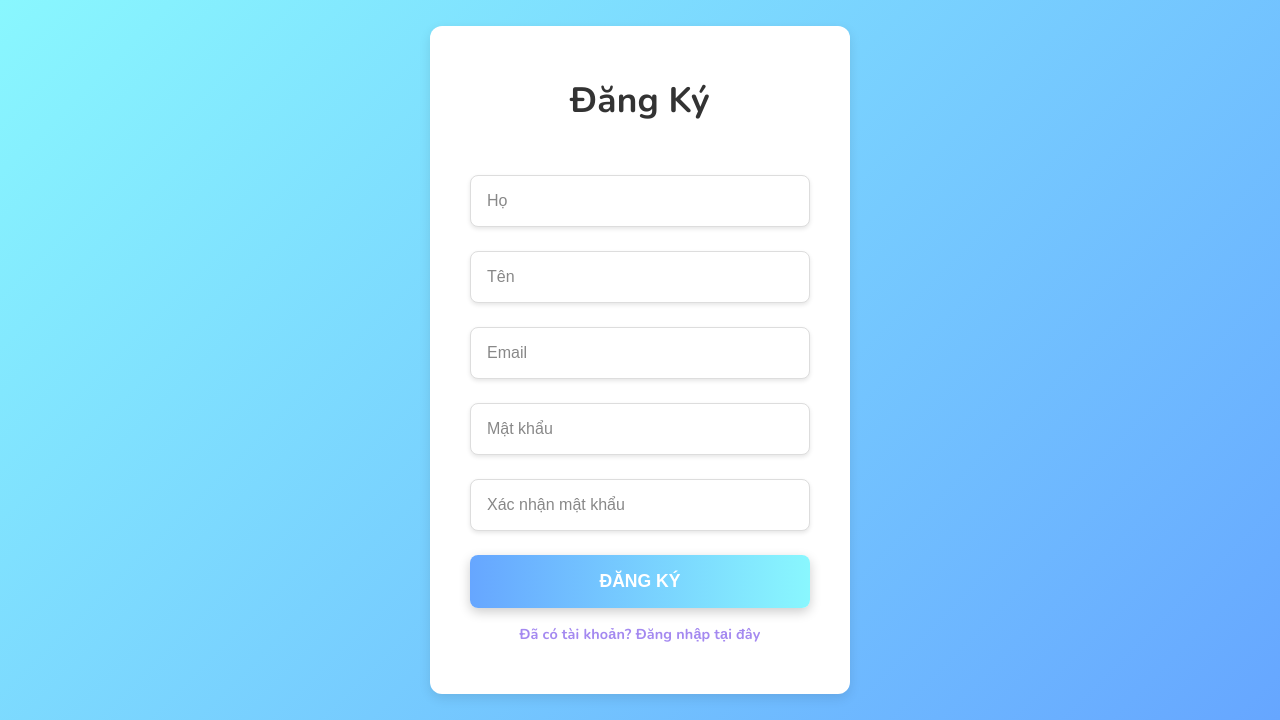
Repository: minhquang203/Homestay
Page: /register (app in client/)
An editor plug-in stored every save of this project. The page is shown before and after the next save, followed by the edit.
The browser window is 1280 px wide. The pictures show the whole page.
The project was rebuilt for these pictures with package versions that can differ from the ones it lists, and the page was loaded fresh each time. Also part of the build but not shown: client/src/styles/Footer.scss, client/src/components/Footer.jsx, client/src/styles/ListingCard.scss, client/src/components/ListingCard.jsx, client/src/styles/Loader.scss, client/src/components/Loader.jsx, client/src/styles/Navbar.scss, client/src/styles/variable.scss and 28 more.

Above is the page before, as saved 2025-04-03 23:06:42.

### client/public/index.html
<!DOCTYPE html>
<html lang="en">
  <head>
    <meta charset="utf-8" />
    <link rel="icon" href="%PUBLIC_URL%/favicon.ico" />
    <meta name="viewport" content="width=device-width, initial-scale=1" />
    <meta name="theme-color" content="#000000" />
    <meta
      name="description"
      content="Web site created using create-react-app"
    />
    <link rel="apple-touch-icon" href="%PUBLIC_URL%/logo192.png" />
    <link rel="manifest" href="%PUBLIC_URL%/manifest.json" />
    <link rel="preconnect" href="https://fonts.googleapis.com">
    <link rel="preconnect" href="https://fonts.gstatic.com" crossorigin>
    <link href="https://fonts.googleapis.com/css2?family=Nunito:ital,wght@0,200..1000;1,200..1000&display=swap" rel="stylesheet">
    <title>HomeStayMove</title>
  </head>
  <body>
    <div id="root"></div>

  </body>
</html>

### client/src/index.js
import { CssBaseline, ThemeProvider, createTheme } from "@mui/material"; // Thêm vào đây
import React from "react";
import ReactDOM from "react-dom/client";
import { Provider } from "react-redux";
import { PersistGate } from "redux-persist/integration/react";
import App from "./App";
import { persistor, store } from "./Redux/store";

// Tạo theme tùy chỉnh nếu cần thiết
const theme = createTheme({
  palette: {
    primary: {
      main: "#1976d2", // Màu chủ đạo
    },
    secondary: {
      main: "#dc004e", // Màu phụ
    },
  },
});

const root = ReactDOM.createRoot(document.getElementById("root"));
root.render(
  <React.StrictMode>
    <Provider store={store}>
      <PersistGate loading={null} persistor={persistor}>
        <ThemeProvider theme={theme}>
          <CssBaseline />
          <App />
        </ThemeProvider>
      </PersistGate>
    </Provider>
  </React.StrictMode>
);

### client/src/App.js
import { BrowserRouter, Route, Routes } from "react-router-dom";
import './App.css';
import CategoryPage from "./pages/CategoryPage";
import CreateListing from "./pages/CreateListing";
import HomePage from "./pages/HomePage";
import ListingDetails from "./pages/ListingDetails";
import LoginPage from "./pages/LoginPage";
import PaymentPage from "./pages/PaymentPage";
import Profile from "./pages/Profile";
import PropertyList from "./pages/PropertyList";
import RegisterPage from "./pages/RegisterPage";
import ReservationList from "./pages/ReservationList";
import SearchPage from "./pages/SearchPage";
import TripList from "./pages/TripsList";
import AboutUs from "./pages/Useful Links/AboutUs";
import TermsAndConditions from "./pages/Useful Links/TermsAndConditions";
import WishList from "./pages/WishList";

function App() {
  return (
    <div>
    <BrowserRouter>
      <Routes>
         <Route path="/" element={<HomePage/>}></Route>
         <Route path="/register" element={<RegisterPage/>}></Route>
         <Route path="/login" element={<LoginPage/>}></Route>
         <Route path="/profile" element={<Profile/>}></Route>
         <Route path="/create-listing" element={<CreateListing/>}></Route>
         <Route path="/properties/:listingId" element={<ListingDetails/>}></Route>
         <Route path="/properties/category/:category" element={<CategoryPage />} />
         <Route path="/properties/search/:search" element={<SearchPage />} />
         <Route path="/:userId/trips" element={<TripList />} />
         <Route path="/:userId/wishList" element={<WishList />} />
         <Route path="/:userId/properties" element={<PropertyList />} />
         <Route path="/:userId/reservations" element={<ReservationList />} />
         <Route path="/reservations" element={<ReservationList />} />
         <Route path="/about-us" element={<AboutUs />} />
         <Route path="/terms-and-conditions" element={<TermsAndConditions />} />
         <Route path="/payment" element={<PaymentPage />} />
      </Routes>
    </BrowserRouter>
    </div>
  );
}

export default App;

### client/src/Redux/store.js
// store.js
import { configureStore } from "@reduxjs/toolkit";
import {
  persistStore,
  persistReducer,
  FLUSH,
  REHYDRATE,
  PAUSE,
  PERSIST,
  PURGE,
  REGISTER,
} from "redux-persist";
import storage from "redux-persist/lib/storage";
import userReducer from "./state"; // Đảm bảo đúng đường dẫn đến state.js

// Cấu hình Redux Persist
const persistConfig = {
  key: "root", // Tên của key trong localStorage
  version: 1, // Phiên bản của state để khi có thay đổi sẽ cập nhật lại
  storage, // Chọn phương thức lưu trữ, có thể là localStorage hoặc sessionStorage
};

// Tạo persisted reducer từ userReducer
const persistedReducer = persistReducer(persistConfig, userReducer);

// Tạo store với persistedReducer
export const store = configureStore({
  reducer: persistedReducer, // Dùng persisted reducer để lưu trữ trạng thái người dùng
  middleware: (getDefaultMiddleware) =>
    getDefaultMiddleware({
      serializableCheck: {
        ignoredActions: [FLUSH, REHYDRATE, PAUSE, PERSIST, PURGE, REGISTER], // Bỏ qua các action không thể serialize
      },
    }),
});

// Khởi tạo persistor từ store
export const persistor = persistStore(store);

### client/src/App.css
* {
  margin: 0;
  padding: 0;
  box-sizing: border-box;
  font-family: 'Nunito'sans-serif;
}

### client/src/pages/RegisterPage.jsx
import React, { useEffect, useState } from "react";
import { useNavigate } from "react-router-dom";
import "../styles/Register.scss";

const RegisterPage = () => {
  const [formData, setFormData] = useState({
    firstName: "",
    lastName: "",
    email: "",
    password: "",
    confirmPassword: "",
  });

  const [passwordMatch, setPasswordMatch] = useState(true);
  const [errorMessage, setErrorMessage] = useState("");
  const [successMessage, setSuccessMessage] = useState(""); // Thông báo thành công
  const navigate = useNavigate();

  useEffect(() => {
    // Kiểm tra mật khẩu khớp
    setPasswordMatch(
      formData.password === formData.confirmPassword || formData.confirmPassword === ""
    );
  }, [formData.password, formData.confirmPassword]);

  const handleChange = (e) => {
    const { name, value } = e.target;
    setFormData({ ...formData, [name]: value });
  };

  // Đăng ký thông thường
  const handleSubmit = async (e) => {
    e.preventDefault();

    if (!passwordMatch) {
      setErrorMessage("Mật khẩu không khớp.");
      setSuccessMessage("");
      return;
    }

    try {
      const response = await fetch("http://localhost:3002/auth/register", {
        method: "POST",
        headers: {
          "Content-Type": "application/json",
        },
        body: JSON.stringify(formData),
      });

      const result = await response.json();

      if (response.ok) {
        setSuccessMessage(result.message || "Đăng ký thành công!");
        setErrorMessage("");
        navigate("/login");
      } else {
        setErrorMessage(result.message || "Đăng ký không thành công.");
        setSuccessMessage("");
      }
    } catch (error) {
      console.error("Lỗi trong quá trình đăng ký:", error);
      setErrorMessage("Có lỗi xảy ra trong quá trình đăng ký.");
      setSuccessMessage("");
    }
  };


  return (
    <div className="register">
      <div className="register__content">
        <form className="register__content__form" onSubmit={handleSubmit}>
          <h2>Đăng Ký</h2>
          <input
            placeholder="Họ"
            name="firstName"
            value={formData.firstName}
            onChange={handleChange}
            required
          />
          <input
            placeholder="Tên"
            name="lastName"
            value={formData.lastName}
            onChange={handleChange}
            required
          />
          <input
            placeholder="Email"
            name="email"
            type="email"
            value={formData.email}
            onChange={handleChange}
            required
          />
          <input
            placeholder="Mật khẩu"
            name="password"
            type="password"
            value={formData.password}
            onChange={handleChange}
            required
          />
          <input
            placeholder="Xác nhận mật khẩu"
            name="confirmPassword"
            type="password"
            value={formData.confirmPassword}
            onChange={handleChange}
            required
          />
          {!passwordMatch && <p style={{ color: "red" }}>Mật khẩu không khớp.</p>}
          {errorMessage && <p style={{ color: "red" }}>{errorMessage}</p>}
          {successMessage && <p style={{ color: "green" }}>{successMessage}</p>}

          <button type="submit" disabled={!passwordMatch}>
            ĐĂNG KÝ
          </button>
        </form>
        <a href="/login">Đã có tài khoản? Đăng nhập tại đây</a>
      </div>
    </div>
  );
};

export default RegisterPage;

### client/src/Redux/state.js
import { createSlice } from "@reduxjs/toolkit";

const initialState = {
  user: null, // Thông tin người dùng
  token: null, // Token đăng nhập
  payment : null,
};

export const userSlice = createSlice({
  name: "user",
  initialState,
  reducers: {
    // Đăng nhập thành công, lưu thông tin người dùng và token
    setLogin: (state, action) => {
      state.user = action.payload.user;
      state.token = action.payload.token;
    },
    // Đăng xuất, xóa thông tin người dùng và token
    setLogout: (state) => {
      state.user = null;
      state.token = null;
    },
    // Cập nhật thông tin người dùng
    setUserDetails: (state, action) => {
      if (state.user) {
        state.user = { ...state.user, ...action.payload };
      }
    },
    // Cập nhật danh sách properties
    setListings: (state, action) => {
      state.listings = action.payload.listings;
    },
    setTripList: (state, action) => {
      state.user.tripList = action.payload;
    },
    setWishList: (state, action) => {
      state.user.wishList = action.payload;
    },
    setPropertyList: (state, action) => {
      state.user.propertyList = action.payload;
    },
    setReservationList: (state, action) => {
      state.user.reservationList = action.payload;
    },
    setPayment: (state, action) => {
      state.payment = action.payload;
    },
    clearPayment: (state) => {
      state.payment = null;
    },
  },
});

// Export các action để sử dụng
export const {
  setLogin,
  setLogout,
  setUserDetails,
  setListings,
  setTripList,
  setWishList,
  setPropertyList,
  setReservationList,
  setPayment,
  clearPayment,
} = userSlice.actions;

// Export reducer để thêm vào store
export default userSlice.reducer;

### client/src/styles/Register.scss
@import "../styles/variable.scss";

.register {
  display: flex;
  justify-content: center;
  align-items: center;
  height: 100vh;
  background: linear-gradient(135deg, #89f7fe, #66a6ff); /* Gradient nền */
  font-family: $font-primary;
  padding: 1rem;

  &__content {
    background: $form-background;
    padding: 3rem 2.5rem;
    border-radius: $border-radius-large;
    box-shadow: $box-shadow-large;
    max-width: 420px;
    width: 100%;
    text-align: center;
    animation: fadeIn $transition-slow;

    h2 {
      font-size: 2.2rem;
      margin-bottom: 1.5rem;
      color: $text-color;
      font-weight: bold;
    }

    &__form {
      display: flex;
      flex-direction: column;
      gap: 1.5rem;

      input {
        padding: 1rem;
        border: 1px solid $input-border-color;
        border-radius: $border-radius;
        font-size: 1rem;
        color: $text-color;
        background-color: $form-background;
        transition: all $transition-fast;
        box-shadow: $box-shadow-small;

        &:focus {
          border-color: $input-focus-border;
          box-shadow: 0 0 10px rgba($input-focus-border, 0.4);
          outline: none;
        }

        &::placeholder {
          color: $grey;
        }
      }

      button {
        padding: 1rem;
        background: linear-gradient(90deg, #66a6ff, #89f7fe); /* Gradient nút */
        color: #fff;
        font-weight: bold;
        font-size: 1.1rem;
        border: none;
        border-radius: $border-radius;
        cursor: pointer;
        transition: all $transition-fast;
        box-shadow: 0 4px 12px rgba(0, 0, 0, 0.2);

        &:hover {
          transform: translateY(-2px);
          box-shadow: 0 6px 16px rgba(0, 0, 0, 0.3);
        }

        &:active {
          transform: translateY(1px);
          box-shadow: none;
        }

        &:disabled {
          background: $grey;
          cursor: not-allowed;
          box-shadow: none;
        }
      }

      p {
        font-size: 0.9rem;
        margin-top: -0.5rem;
      }
    }

    a {
      display: inline-block;
      margin-top: 1rem;
      color: $link-color;
      text-decoration: none;
      font-size: 0.9rem;
      font-weight: bold;
      transition: color $transition-fast, transform 0.2s;

      &:hover {
        color: $link-hover;
        transform: scale(1.05);
      }
    }
  }

  /* Hiệu ứng */
  @keyframes fadeIn {
    0% {
      opacity: 0;
      transform: translateY(-20px);
    }
    100% {
      opacity: 1;
      transform: translateY(0);
    }
  }
}

Loaded but not shown: client/src/data.js (270 lines, source omitted)

After the next save:
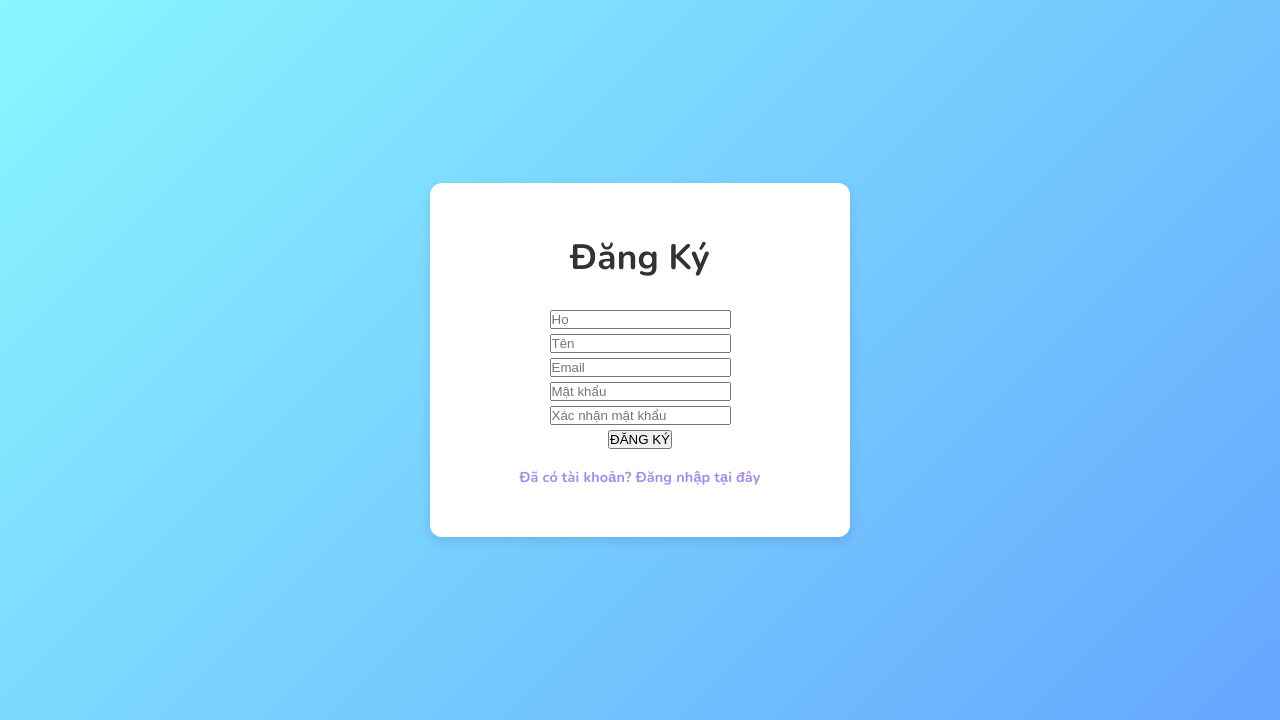
Saved 2 min 41 s later.
--- a/client/src/pages/RegisterPage.jsx
+++ b/client/src/pages/RegisterPage.jsx
@@ -19,7 +19,8 @@
   useEffect(() => {
     // Kiểm tra mật khẩu khớp
     setPasswordMatch(
-      formData.password === formData.confirmPassword || formData.confirmPassword === ""
+      formData.password === formData.confirmPassword ||
+        formData.confirmPassword === ""
     );
   }, [formData.password, formData.confirmPassword]);
 
@@ -64,51 +65,67 @@
     }
   };
 
-
   return (
     <div className="register">
       <div className="register__content">
-        <form className="register__content__form" onSubmit={handleSubmit}>
+        <form className="register__form" onSubmit={handleSubmit}>
           <h2>Đăng Ký</h2>
-          <input
-            placeholder="Họ"
-            name="firstName"
-            value={formData.firstName}
-            onChange={handleChange}
-            required
-          />
-          <input
-            placeholder="Tên"
-            name="lastName"
-            value={formData.lastName}
-            onChange={handleChange}
-            required
-          />
-          <input
-            placeholder="Email"
-            name="email"
-            type="email"
-            value={formData.email}
-            onChange={handleChange}
-            required
-          />
-          <input
-            placeholder="Mật khẩu"
-            name="password"
-            type="password"
-            value={formData.password}
-            onChange={handleChange}
-            required
-          />
-          <input
-            placeholder="Xác nhận mật khẩu"
-            name="confirmPassword"
-            type="password"
-            value={formData.confirmPassword}
-            onChange={handleChange}
-            required
-          />
-          {!passwordMatch && <p style={{ color: "red" }}>Mật khẩu không khớp.</p>}
+          <div className="input-group">
+            <input
+              placeholder="Họ"
+              name="firstName"
+              value={formData.firstName}
+              onChange={handleChange}
+              required
+            />
+            <i className="icon fas fa-user"></i>
+          </div>
+          <div className="input-group">
+            <input
+              placeholder="Tên"
+              name="lastName"
+              value={formData.lastName}
+              onChange={handleChange}
+              required
+            />
+            <i className="icon fas fa-user"></i>
+          </div>
+          <div className="input-group">
+            <input
+              placeholder="Email"
+              name="email"
+              type="email"
+              value={formData.email}
+              onChange={handleChange}
+              required
+            />
+            <i className="icon fas fa-envelope"></i>
+          </div>
+          <div className="input-group">
+            <input
+              placeholder="Mật khẩu"
+              name="password"
+              type="password"
+              value={formData.password}
+              onChange={handleChange}
+              required
+            />
+            <i className="icon fas fa-lock"></i>
+          </div>
+          <div className="input-group">
+            <input
+              placeholder="Xác nhận mật khẩu"
+              name="confirmPassword"
+              type="password"
+              value={formData.confirmPassword}
+              onChange={handleChange}
+              required
+            />
+            <i className="icon fas fa-lock"></i>
+          </div>
+          {!passwordMatch && (
+            <p style={{ color: "red" }}>Mật khẩu không khớp.</p>
+          )}
           {errorMessage && <p style={{ color: "red" }}>{errorMessage}</p>}
           {successMessage && <p style={{ color: "green" }}>{successMessage}</p>}
 

After the save that followed:
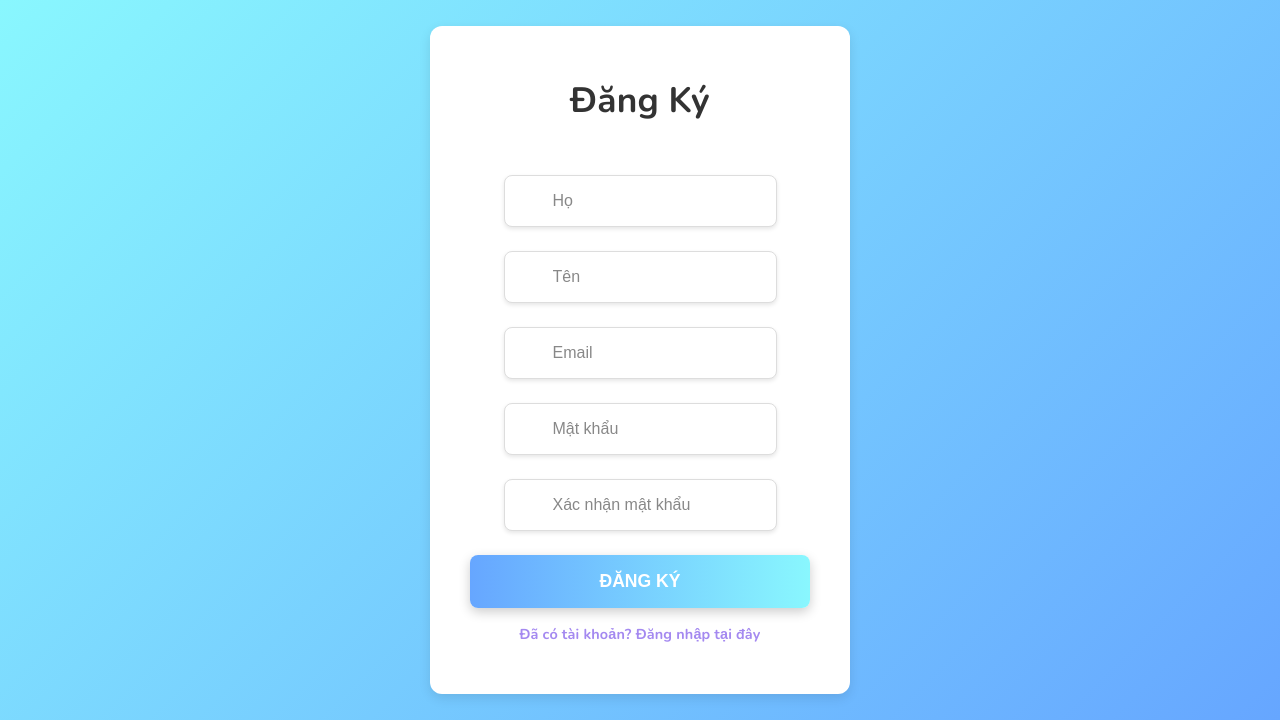
Saved 14 s later.
--- a/client/src/styles/Register.scss
+++ b/client/src/styles/Register.scss
@@ -26,29 +26,47 @@
       font-weight: bold;
     }
 
-    &__form {
+    .register__form {
       display: flex;
       flex-direction: column;
       gap: 1.5rem;
 
-      input {
-        padding: 1rem;
-        border: 1px solid $input-border-color;
-        border-radius: $border-radius;
-        font-size: 1rem;
-        color: $text-color;
-        background-color: $form-background;
-        transition: all $transition-fast;
-        box-shadow: $box-shadow-small;
+      .input-group {
+        position: relative;
 
-        &:focus {
-          border-color: $input-focus-border;
-          box-shadow: 0 0 10px rgba($input-focus-border, 0.4);
-          outline: none;
+        input {
+          padding: 1rem 1rem 1rem 3rem; /* Thêm khoảng trống cho icon */
+          border: 1px solid $input-border-color;
+          border-radius: $border-radius;
+          font-size: 1rem;
+          color: $text-color;
+          background-color: $form-background;
+          transition: all $transition-fast;
+          box-shadow: $box-shadow-small;
+
+          &:focus {
+            border-color: $input-focus-border;
+            box-shadow: 0 0 10px rgba($input-focus-border, 0.4);
+            outline: none;
+          }
+
+          &::placeholder {
+            color: $grey;
+          }
         }
 
-        &::placeholder {
+        .icon {
+          position: absolute;
+          top: 50%;
+          left: 1rem;
+          transform: translateY(-50%);
+          font-size: 1.2rem;
           color: $grey;
+          transition: color $transition-fast;
+
+          input:focus + & {
+            color: $input-focus-border;
+          }
         }
       }
 
